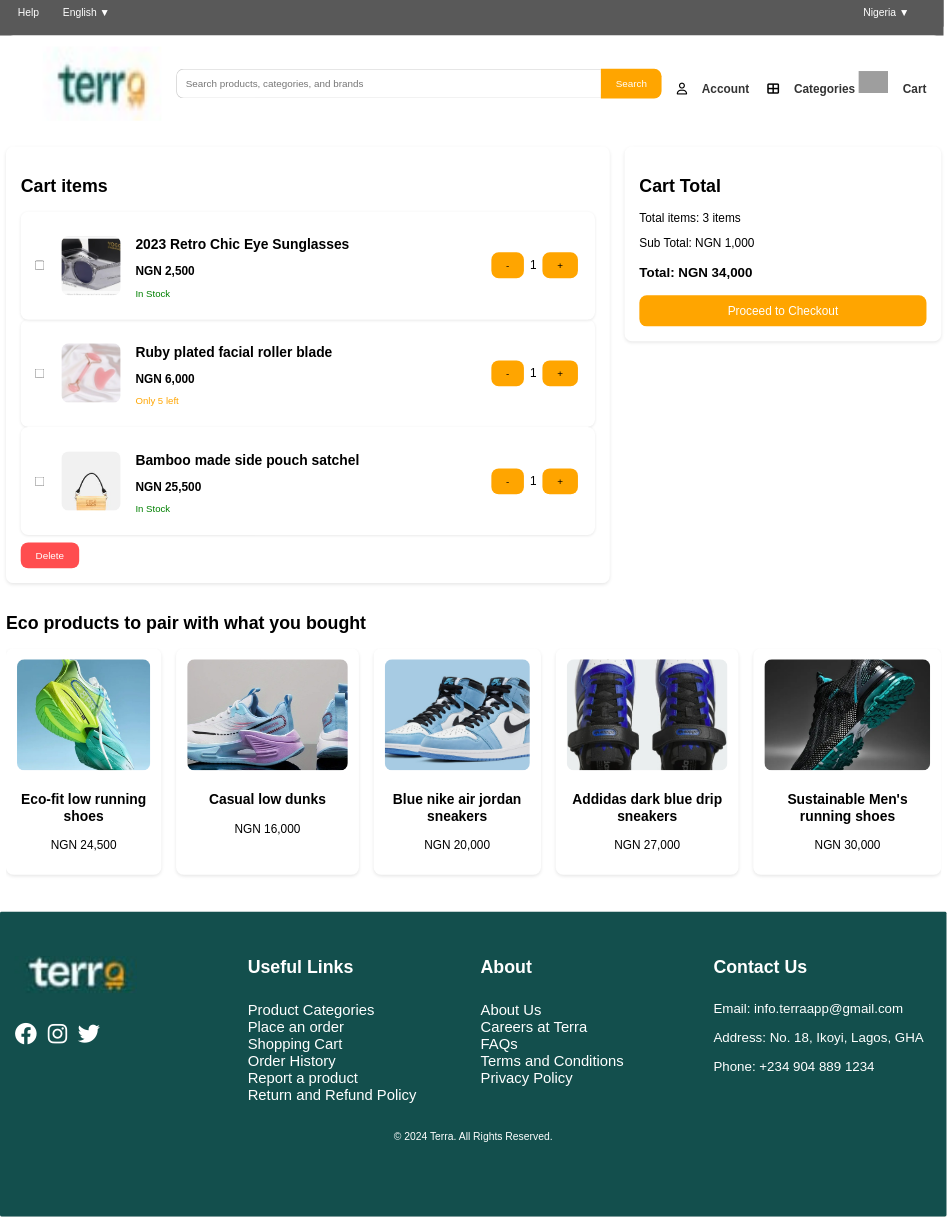
Repository: Femi007-gh/e-commerce
Page: index.html
The author's editor kept a copy of each file at every save. The page is drawn from the files as they stood at one save, then again after the next save.
The browser window is 1280 px wide. The pictures show the whole page, at 74% of full size.
Pictures or frames that could not be fetched are drawn as grey boxes.

Above is the page before, as saved 2025-04-29 14:01:39.

### index.html
<html>
    <head>
      <title>Shopping Cart Page</title>
      <link rel="stylesheet" href="https://cdnjs.cloudflare.com/ajax/libs/font-awesome/6.4.0/css/all.min.css" />
      <link rel="stylesheet" href="style.css">
    </head>
  <body>
    <header>
    <div class="div1">
<div class="top-bar">
  <div class="left">
    <div class="dropdown">
      <button class="dropbtn">Help</button>
    </div>
    <div class="dropdown">
      <button class="dropbtn">English ▼</button>
      <div class="dropdown-content">
        <a href="#">English</a>
        <a href="#">Japanese</a>
        <a href="#">Korean</a>
      </div>
    </div>
  </div>
  <div class="right">
    <div class="dropdown">
      <button class="dropbtn">Nigeria ▼</button>
      <div class="dropdown-content">
        <a href="#">Nigeria</a>
        <a href="#">USA</a>
        <a href="#">China</a>
        </div>
      </div>
     </div>
   </div>
  </div>

<nav class="nav-bar">
  <div class="logo"><img src="terra.jpg" class="ter"></div>
  <div class="search-bar">
    <input type="text" placeholder="Search products, categories, and brands">
    <button>Search</button>
  </div>
  <div class="nav-icons">
    <i class="fa-regular fa-user"></i><a href="#">Account</a>
    <i class="fa-solid fa-table-cells-large"></i><a href="#">Categories</a>
    <img src="cart.png" class="cat"><a href="#">Cart</a>
  </div>
</nav>


<main class="cart-page">
  <section class="cart-section">
    <h2>Cart items</h2>

    <div class="cart-items">
      <div class="cart-item">
        <input type="checkbox">
        <img src="glass.jpg" alt="Retro Chic Eye Sunglasses">
        <div class="item-details">
          <h3>2023 Retro Chic Eye Sunglasses</h3>
          <p class="price">NGN 2,500</p>
          <p class="stock in-stock">In Stock</p>
        </div>
        <div class="item-quantity">
          <button class="minus">-</button>
          <span>1</span>
          <button>+</button>
        </div>
      </div>
      </div>

      <div class="cart-item">
        <input type="checkbox">
        <img src="roll.jpg" alt="Ruby plated facial roller blade">
        <div class="item-details">
          <h3>Ruby plated facial roller blade</h3>
          <p class="price">NGN 6,000</p>
          <p class="stock low-stock">Only 5 left</p>
        </div>
        <div class="item-quantity">
          <button class="minus">-</button>
          <span>1</span>
          <button>+</button>
        </div>
      </div>

      <div class="cart-item">
        <input type="checkbox">
        <img src="bamboo.jpeg" alt="Bamboo made side pouch satchel">
        <div class="item-details">
          <h3>Bamboo made side pouch satchel</h3>
          <p class="price">NGN 25,500</p>
          <p class="stock in-stock">In Stock</p>
        </div>
        <div class="item-quantity">
          <button class="minus">-</button>
          <span>1</span>
          <button>+</button>
        </div>
      </div>

      <button class="delete-btn">Delete</button>
    </div>
  </section>




<aside class="cart-summary">
  <h2>Cart Total</h2>
  <p>Total items: 3 items</p>
  <p>Sub Total: NGN 1,000</p>
  <p class="total">Total: NGN 34,000</p>
  <button class="checkout-btn">Proceed to Checkout</button>
</aside>
</main>

<section class="recommendation-section">
  <h2>Eco products to pair with what you bought</h2>

  <div class="recommendations">
    <div class="product">
      <img src="low.jpg" alt="Eco-fit low running shoes">
      <h3>Eco-fit low running shoes</h3>
      <p>NGN 24,500</p>
    </div>
    <div class="product">
      <img src="girl.jpg" alt="Casual low dunks">
      <h3>Casual low dunks</h3>
      <p>NGN 16,000</p>
    </div>
    <div class="product">
      <img src="nike.jpg" alt="Black Love themed bamboo high tops">
      <h3>Blue nike air jordan sneakers</h3>
      <p>NGN 20,000</p>
    </div>
    <div class="product">
      <img src="adidas.jpg" alt="White Love themed bamboo high tops">
      <h3>Addidas dark blue drip sneakers</h3>
      <p>NGN 27,000</p>
    </div>
    <div class="product">
      <img src="men.jpg" alt="Sustainable Men's running shoes">
      <h3>Sustainable Men's running shoes</h3>
      <p>NGN 30,000</p>
    </div>
  </div>
</section>

<footer class="footer">
  <div class="footer-top">
    <div class="footer-logo"><img src="a.jpg" class="a">
      <i class="fa-brands fa-facebook"></i>
      <i class="fa-brands fa-instagram"></i>
      <i class="fa-brands fa-twitter"></i>
    </div>
    <div class="footer-links">
      <h4>Useful Links</h4>
      <ul>
        <li><a href="#">Product Categories</a></li>
        <li><a href="#">Place an order</a></li>
        <li><a href="#">Shopping Cart</a></li>
        <li><a href="#">Order History</a></li>
        <li><a href="#">Report a product</a></li>
        <li><a href="#">Return and Refund Policy</a></li>
      </ul>
    </div>
    <div class="footer-about">
      <h4>About</h4>
      <ul>
        <li><a href="#">About Us</a></li>
        <li><a href="#">Careers at Terra</a></li>
        <li><a href="#">FAQs</a></li>
        <li><a href="#">Terms and Conditions</a></li>
        <li><a href="#">Privacy Policy</a></li>
      </ul>
    </div>
    <div class="footer-contact">
      <h4>Contact Us</h4>
      <p>Email: info.terraapp@gmail.com</p>
      <p>Address: No. 18, Ikoyi, Lagos, GHA</p>
      <p>Phone: +234 904 889 1234</p>
    </div>
  </div>

  <div class="footer-bottom">
    <p>&copy; 2024 Terra. All Rights Reserved.</p>
  </div>
</footer>
  </body>
</html>

### style.css
body{
  font-family: Arial;
}
.div1{
  background-color: #595959;
  width: 101%;
  height: 50px;
  margin-left: -10px;
  margin-top: -10px;
}
.top-bar {
  background-color:  #595959;
  color: white;
  padding: 10px 20px;
  display: flex;
  justify-content: space-between;
  font-size: 14px;
}

.top-bar .left, .top-bar .right {
  display: flex;
  align-items: center;
}

.dropdown {
  position: relative;
  margin-right: 20px;
}

.dropbtn {
  background: none;
  border: none;
  color: white;
  cursor: pointer;
  font-size: 14px;
}

.dropdown-content {
  display: none;
  position: absolute;
  background-color: white;
  color:  #595959;
  min-width: 100px;
  border-radius: 5px;
  box-shadow: 0px 8px 16px rgba(0,0,0,0.2);
  z-index: 1;
}

.dropdown-content a {
  padding: 8px 12px;
  display: block;
  text-decoration: none;
  color: black;
}

.dropdown-content a:hover {
  background-color: #f1f1f1;
}

.dropdown:hover .dropdown-content {
  display: block;
}

.nav-icons a {
  margin-left: 20px;
  text-decoration: none;
  color: #333;
  font-weight: 600;
}


/* Nav bar */
.nav-bar {
  display: flex;
  justify-content: space-between;
  align-items: center;
  background: white;
  padding: 15px 20px;
  margin-bottom: 20px;
  border-radius: 10px;
}

.nav-bar .logo {
  font-weight: 700;
  font-size: 24px;
}

.search-bar {
  flex: 1;
  margin: 0 20px;
  display: flex;
}

.search-bar input {
  flex: 1;
  padding: 8px 12px;
  border: 1px solid #ccc;
  border-right: none;
  border-radius: 10px 0 0 10px;
  height: 40px;
}

.search-bar button {
  padding: 8px 20px;
  background-color: orange;
  color: white;
  border: none;
  border-radius: 0 10px 10px 0;
  cursor: pointer;
}

.nav-icons a {
  margin-left: 20px;
  text-decoration: none;
  color: #333;
}



/* Cart summary */
.cart-summary {
  flex: 1;
  background: white;
  padding: 20px;
  border-radius: 10px;
  box-shadow: 0 2px 5px rgba(0,0,0,0.1);
  height: fit-content;
}

.cart-summary h2 {
  margin-bottom: 20px;
}

.cart-summary p {
  margin-bottom: 10px;
}

.cart-summary .total {
  font-weight: bold;
  font-size: 18px;
  margin: 20px 0;
}

.checkout-btn {
  background-color: orange;
  color: white;
  width: 100%;
  padding: 12px;
  border: none;
  border-radius: 10px;
  cursor: pointer;
  font-size: 16px;
}


/* Cart page */
.cart-page {
  display: flex;
  gap: 20px;
  margin-bottom: 40px;
}

.cart-section {
  flex: 2;
  background: white;
  padding: 20px;
  border-radius: 10px;
  box-shadow: 0 2px 5px rgba(0,0,0,0.1);
}

.cart-section h2 {
  margin-bottom: 20px;
}

.cart-items {
  display: flex;
  flex-direction: column;
  gap: 20px;
}

.cart-item {
  display: flex;
  align-items: center;
  gap: 20px;
  background: white;
  padding: 15px;
  border-radius: 10px;
  box-shadow: 0 1px 4px rgba(0,0,0,0.1);
}

.cart-item img {
  width: 80px;
  height: 80px;
  object-fit: cover;
  border-radius: 10px;
}

.item-details {
  flex: 1;
}

.item-details h3 {
  margin-bottom: 5px;
}

.item-details .price {
  font-weight: bold;
  margin-bottom: 5px;
}

.item-details .stock {
  font-size: 13px;
}

.stock.in-stock {
  color: green;
}

.stock.low-stock {
  color: orange;
}

.quantity-controls span {
  font-size: 18px;
}

.delete-btn {
  background: #ff4d4f;
  color: white;
  padding: 10px 20px;
  border: none;
  border-radius: 10px;
  cursor: pointer;
  margin-top: 10px;
}



.item-quantity {
  display: flex;
  align-items: center;
}

.item-quantity button {
  background-color: orange;
  border: none;
  padding: 10px 20px;
  margin: 0 0.5rem;
  border-radius: 10px;
}

.delete-cart {
  text-align: right;
  margin-top: 1rem;
}

.ter {
  height: 100px;
  width: 160px;
  margin-left: 30px;
}

/* Recommendation section */
.recommendation-section {
  margin-bottom: 40px;
}

.recommendation-section h2 {
  margin-bottom: 20px;
}

.recommendations {
  display: flex;
  gap: 20px;
  overflow-x: auto;
}

.product {
  background: white;
  padding: 15px;
  border-radius: 10px;
  box-shadow: 0 2px 5px rgba(0,0,0,0.1);
  min-width: 180px;
  text-align: center;
  margin-bottom: 10px;
}

.product img {
  width: 100%;
  height: 150px;
  object-fit: cover;
  margin-bottom: 10px;
  border-radius: 10px;
}

.cat {
  height: 30px;
}

/* Footer */
.footer {
  background: #134F4D;
  padding: 30px 20px;
  border-radius: 2px;
  box-shadow: 0 2px 5px rgba(0,0,0,0.1);
  width: 98%;
  margin-left: -8px;
  height: 50%;
  margin-bottom: -20px;
}

.footer-top {
  display: flex;
  flex-wrap: wrap;
  gap: 20px;
  margin-bottom: 20px;
}

.footer-logo {
  flex: 1;
}

.footer-links, .footer-about, .footer-contact {
  flex: 1;
  min-width: 200px;
}

.footer-links ul, .footer-about ul {
  list-style: none;
  margin-top: 10px;
}

.footer-links a, .footer-about a {
  text-decoration: none;
  color: white;
  font-size: 14px;
  font-size: 20px;
  margin-left: -40px;
}

.footer-contact p {
  margin-top: 10px;
  font-size: 18px;
  color: white;
}

.footer-bottom {
  text-align: center;
  font-size: 14px;
  color: white;
  margin-top: 10px;
}

h4 {
  color: white;
  font-size: 24px;
}

.fa-solid {
  margin-left: 20px;
}

.a {
  height: 50px;
  cursor: pointer;
  margin-top: 30px;
  position: absolute;
}

.fa-brands {
  color: white;
  font-size: 30px;
  margin-top: 120px;
  position: relative;
  margin-right: 10px;
}

After the next save:
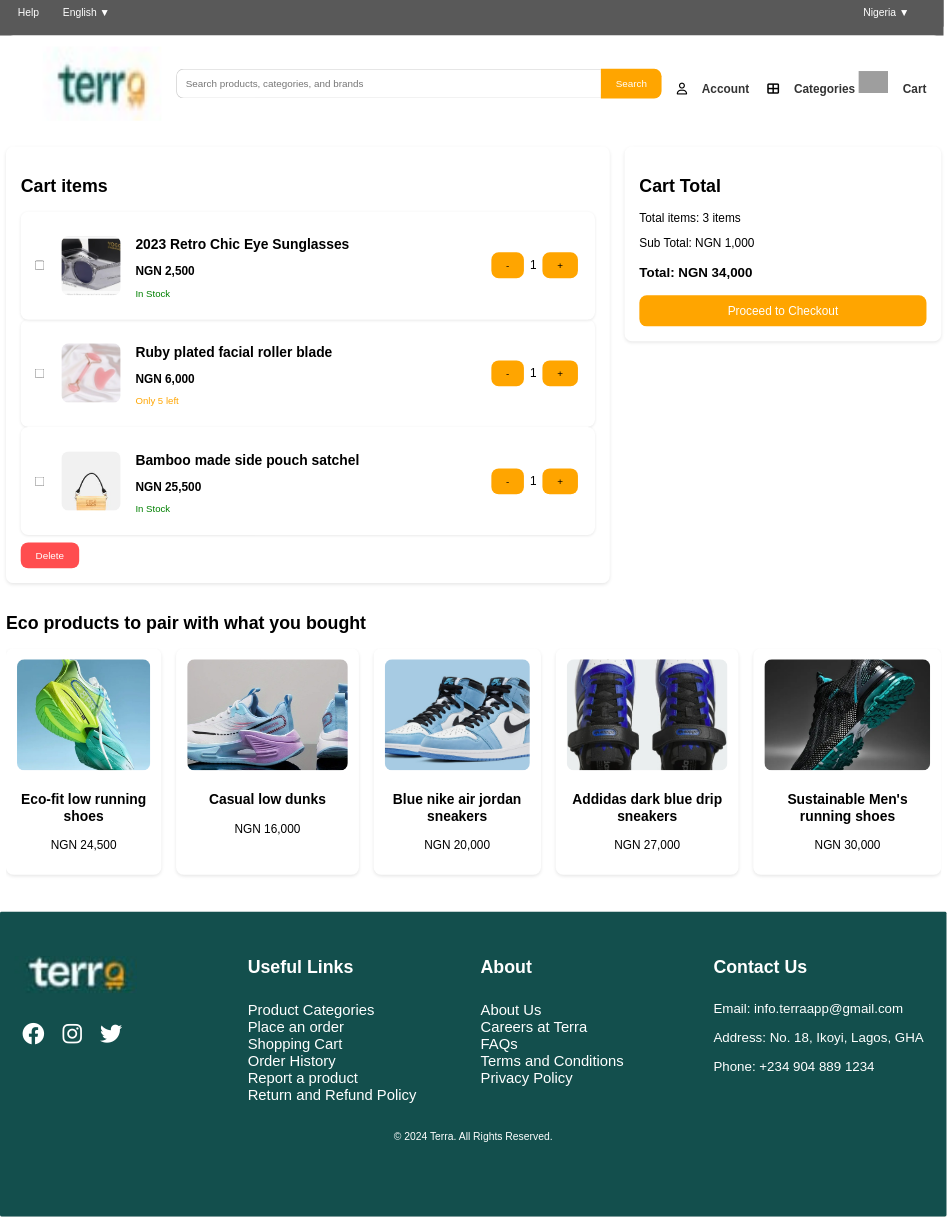
Saved 32 s later.
--- a/style.css
+++ b/style.css
@@ -373,4 +373,5 @@
   margin-top: 120px;
   position: relative;
   margin-right: 10px;
-}
+  margin-left: 10px;
+}
